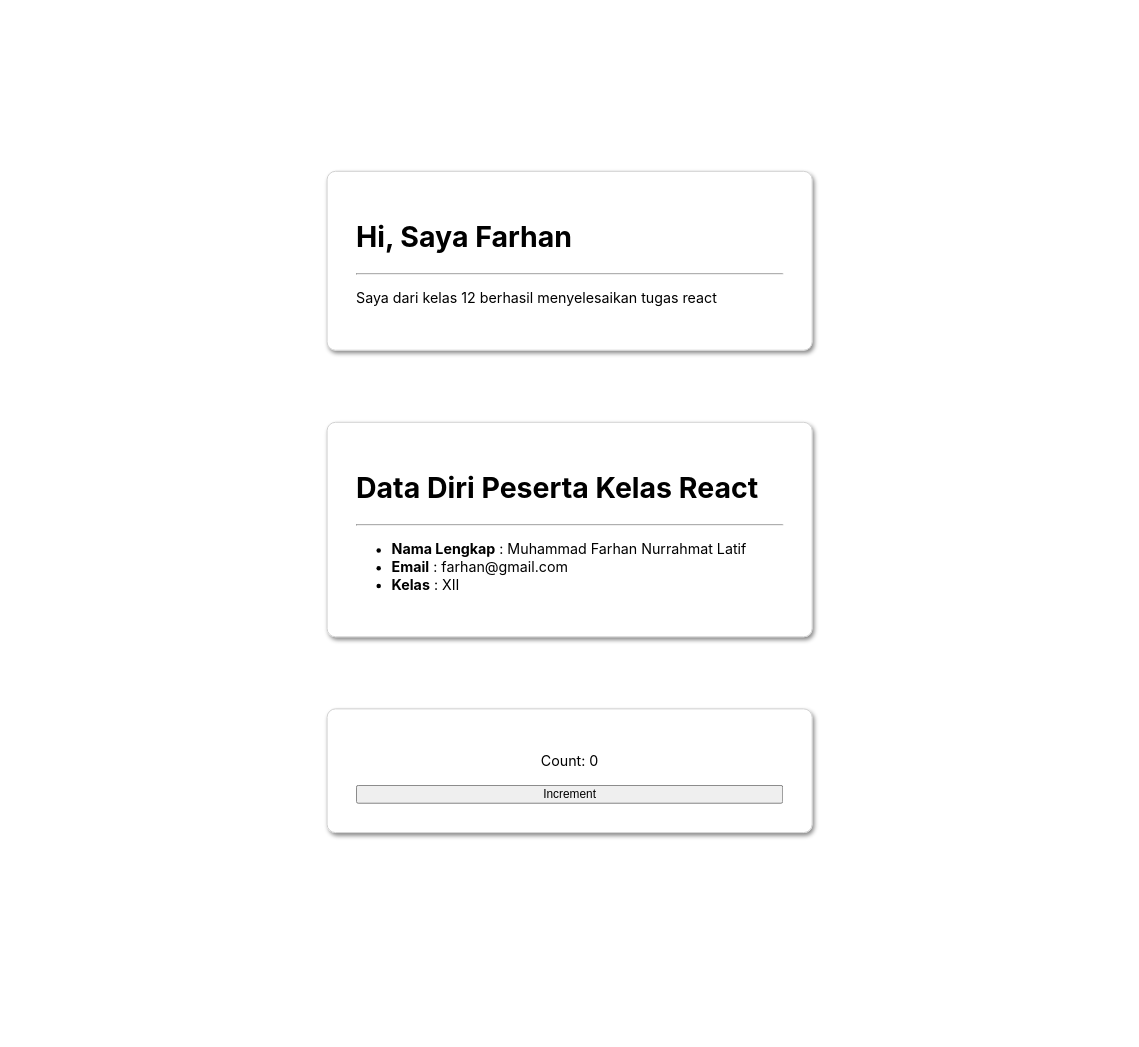
Repository: mfarhannr/Tugas-Reactjs_Farhan
Page: /
An editor plug-in stored every save of this project. The page is shown before and after the next save, followed by the edit.
The browser window is 1280 px wide. The pictures show the whole page, at 89% of full size.
The project was rebuilt for these pictures with package versions that can differ from the ones it lists, and the page was loaded fresh each time.

Above is the page before, as saved 2024-05-06 14:38:24.

After the next save:
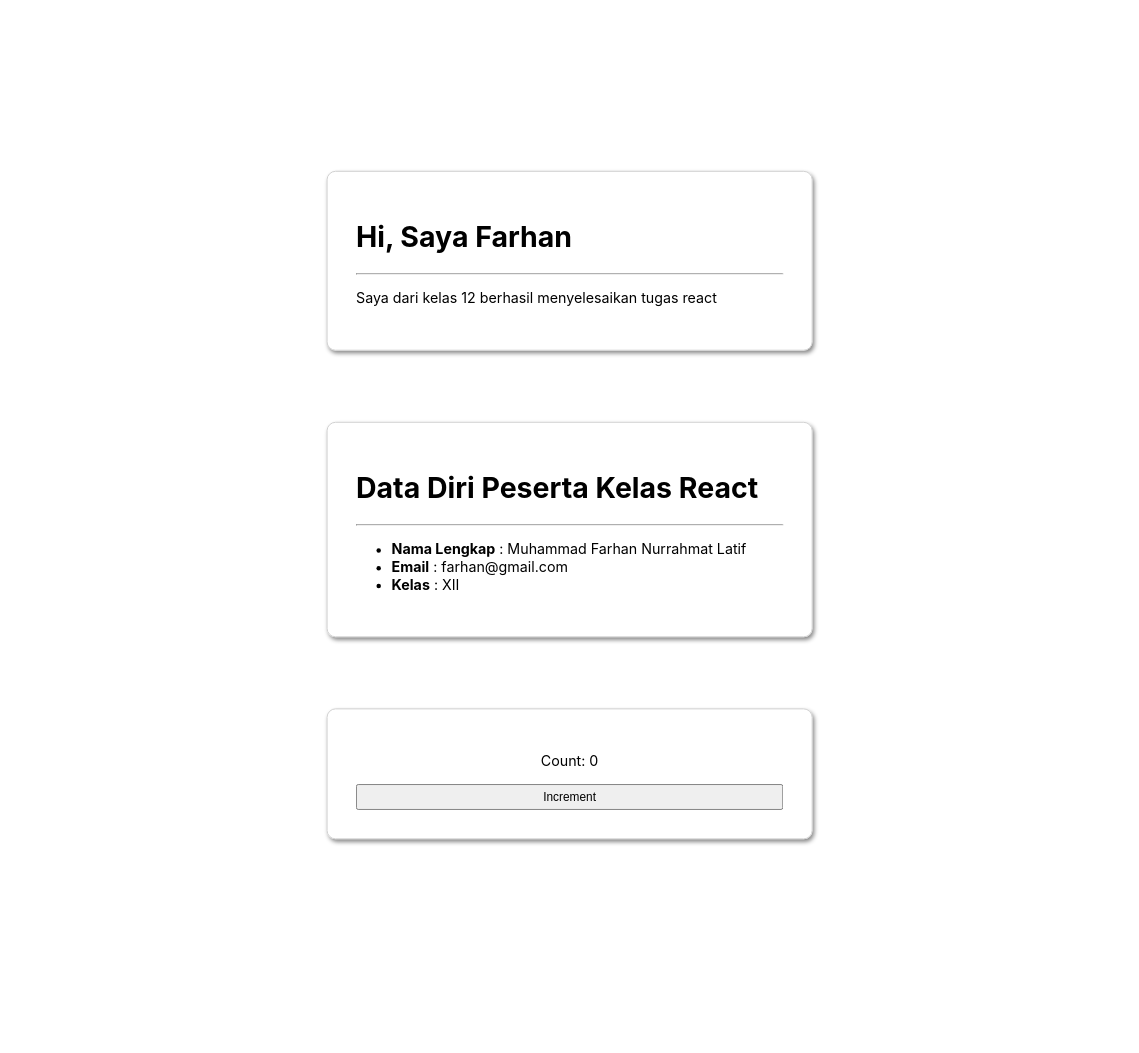
Saved 8 s later.
--- a/src/App.css
+++ b/src/App.css
@@ -17,7 +17,7 @@ span {
 
 .tambah {
   width:100%;
-  padding:
+  padding: 5px 0px;
 }
 
 .Card7 {
